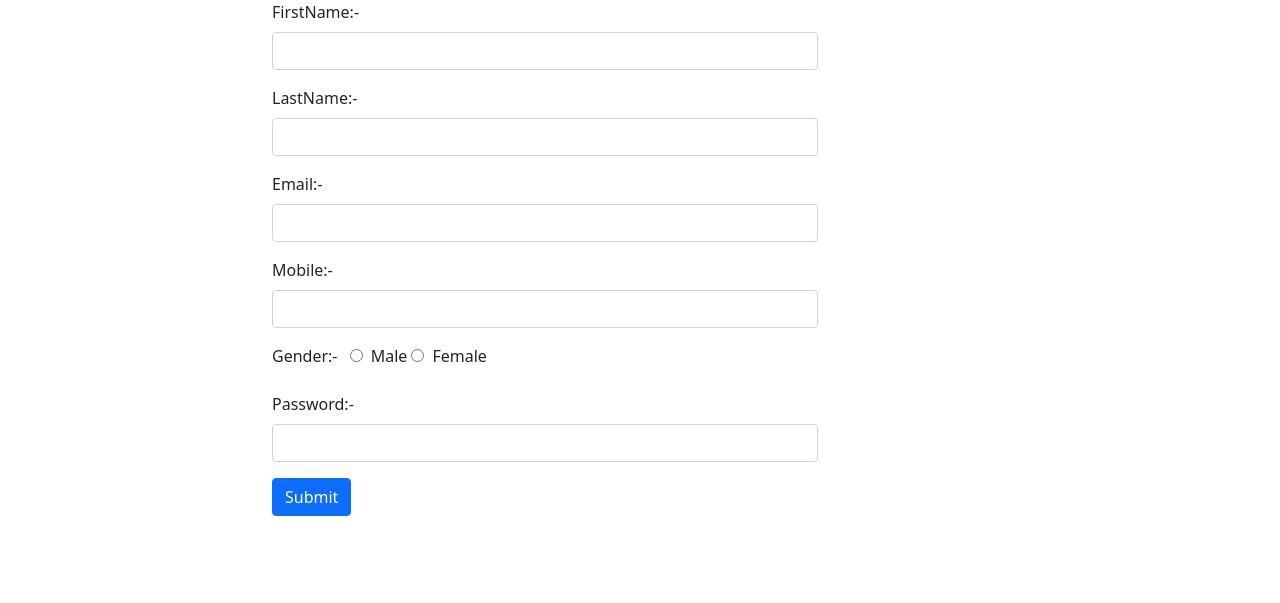
Repository: 2001Yogi/JavaWebAssignment
Page: http://localhost/StudentInformation/
These files come from the project's save history. The page is drawn as it stood at one moment and after the next save; the edit follows.
The browser window is 1280 px wide. The pictures show the whole page.
The page is served by Tomcat 9.

Above is the page before, as saved 2024-09-17 13:09:16.

After the next save:
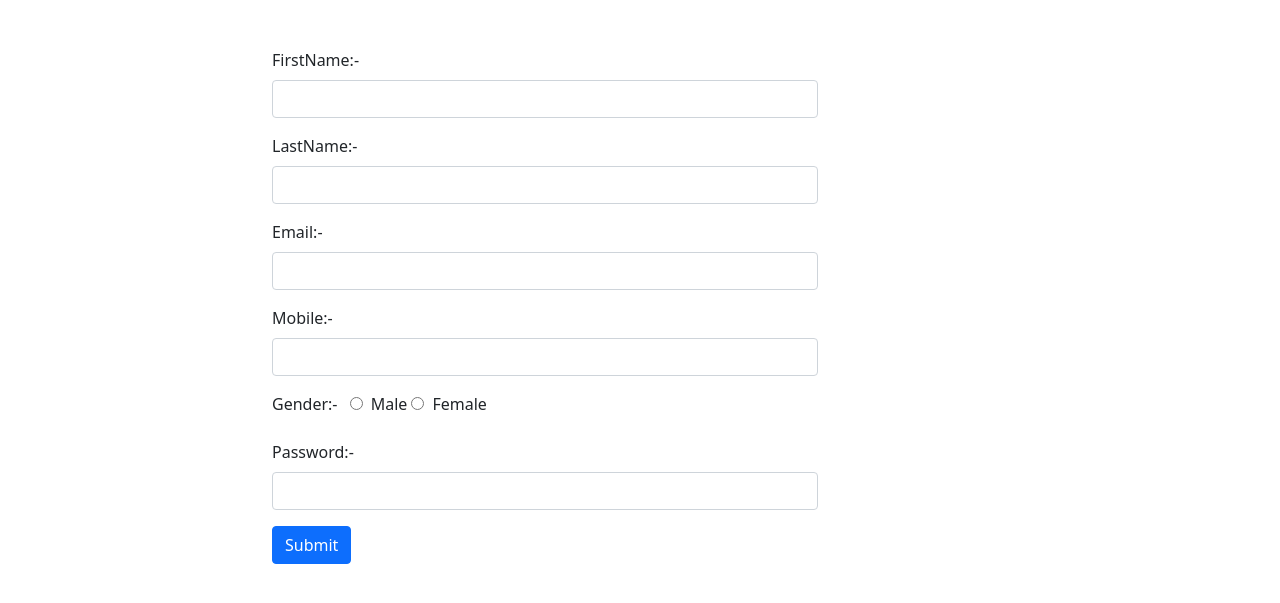
Saved 11 s later.
--- a/StudentInformation/src/main/webapp/index.jsp
+++ b/StudentInformation/src/main/webapp/index.jsp
@@ -26,7 +26,7 @@
 <body>
 	<form>
 		<div class="container">
-			<div class="row">
+			<div class="row mt-5">
 				<div class="col-2"></div>
 				<div class="col-6">
 					<div class="mb-3">
